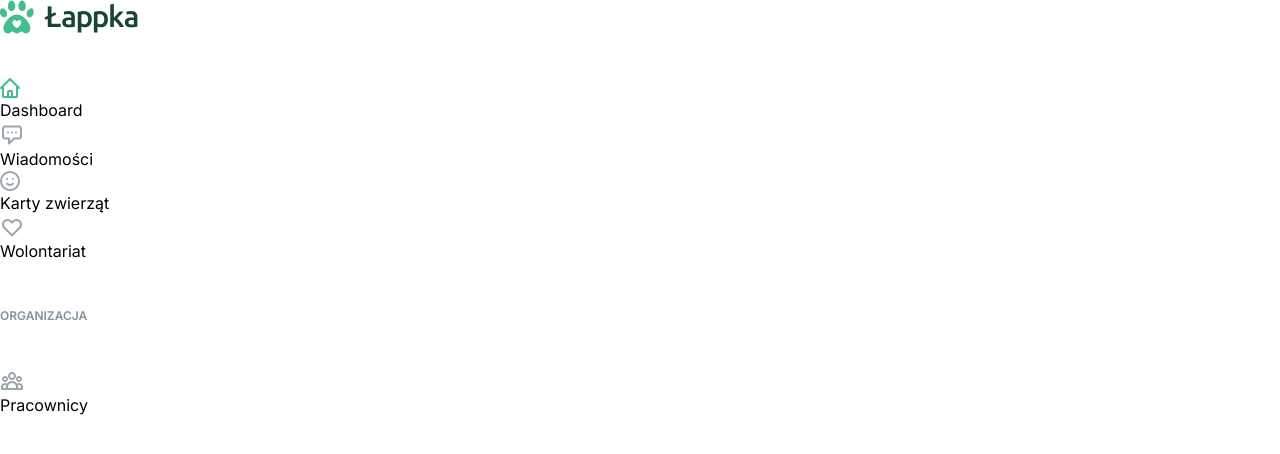
Repository: michalmilek/lappka
Page: /dashboard
These files come from the project's save history. The page is drawn as it stood at one moment and after the next save; the edit follows.
The browser window is 1280 px wide. The pictures show the whole page.
The project was rebuilt for these pictures with package versions that can differ from the ones it lists, and the page was loaded fresh each time. Also part of the build but not shown: src/components/customComponents/FormInput.tsx, src/components/customComponents/Button.tsx, src/components/LoginForm.tsx, src/components/Form/Form.tsx, src/pages/Login.tsx.

Above is the page before, as saved 2023-03-28 11:48:03.

### src/index.tsx
import React from 'react';
import ReactDOM from 'react-dom/client';
import './index.css';
import reportWebVitals from "./reportWebVitals";
import { RouterProvider, createBrowserRouter } from "react-router-dom";
import { ROUTES } from "./router/routes";
import Dashboard from "./pages/Dashboard";
import Login from "./pages/Login";

const router = createBrowserRouter([
  {
    path: ROUTES.HOME,
    element: <Login />,
  },
  {
    path: ROUTES.DASHBOARD,
    element: <Dashboard />,
  },
  /*   {
    path: ROUTES.ANIMALSCARDS,
    element: <LoginSite />,
  }, */
]);

const root = ReactDOM.createRoot(
  document.getElementById("root") as HTMLElement
);
root.render(
  <React.StrictMode>
    <RouterProvider router={router} />
  </React.StrictMode>
);

// If you want to start measuring performance in your app, pass a function
// to log results (for example: reportWebVitals(console.log))
// or send to an analytics endpoint. Learn more: https://bit.ly/CRA-vitals
reportWebVitals();

### src/index.css
@import url(https://fonts.googleapis.com/css?family=Inter:100,200,300,regular,500,600,700,800,900);

@tailwind base;
@tailwind components;
@tailwind utilities;


@layer base {
    *{
        @apply font-Inter
    }
}


@layer components {
    .hoverEffect{
        @apply hover:scale-105 transition-all duration-200 active:scale-95
    }

    .loginButton{
        @apply w-full bg-Primary/PR600 text-lightGray5 font-medium rounded-lg py-2 px-2
    }
    .registerButton{
        @apply w-full bg-white border border-Primary/PR100 text-darkGray2 font-medium rounded-lg py-2 px-2 shadow-registerBtn
    }

    .listLink {
        @apply flex gap-3 items-center tracking-veryVeryTight text-darkGray2 text-sm font-medium
    }
}

### src/router/routes.ts
export const ROUTES = {
  HOME: "/",
  DASHBOARD: "/dashboard",
  ANIMALSCARDS: "/animals-cards",
};

### src/pages/Dashboard.tsx
import React from "react";
import Sidebar from "../components/Sidebar/Sidebar";

const Dashboard = () => {
  return (
    <main className="flex">
      <Sidebar />
      <div></div>
    </main>
  );
};

export default Dashboard;

### src/components/Sidebar/Sidebar.tsx
import React from "react";
import Logo from "./Logo.png";
import { ReactComponent as HomeIcon } from "./icons/Vector.svg";
import { ReactComponent as MessageIcon } from "./icons/Messages.svg";
import { ReactComponent as AnimalsCards } from "./icons/AnimalsCards.svg";
import { ReactComponent as HeartIcon } from "./icons/Heart.svg";
import { ReactComponent as EmployeesIcon } from "./icons/Workers.svg";

const Sidebar = () => {
  return (
    <div className="flex flex-col items-start justify-start gap-11">
      <img
        src={Logo}
        alt="Logo"
      />

      <ul>
        <li>
          <HomeIcon /> Dashboard
        </li>
        <li>
          <MessageIcon /> Wiadomości
        </li>
        <li>
          <AnimalsCards /> Karty zwierząt
        </li>
        <li>
          <HeartIcon /> Wolontariat
        </li>
      </ul>

      <p className="uppercase text-[12px] text-midGray3 font-semibold">
        Organizacja
      </p>
      <ul>
        <li>
          <EmployeesIcon /> Pracownicy
        </li>
      </ul>
    </div>
  );
};

export default Sidebar;

### tailwind.config.js
/** @type {import('tailwindcss').Config} */
module.exports = {
  content: ["./src/**/*.{js,jsx,ts,tsx}"],
  theme: {
    extend: {
      colors: {
        "Primary/PR600": "#369871",
        "Primary/PR100": "#E1F5ED",
        "Primary/PR500": "#43BE8D",
        orange: "#F76659",
        bgGreen: "#F0FAF6",
        "Primary/PR800": "#205B43",
        midGray2: "#6E7C87",
        lightGray1: "#D5DADD",
        lightGray4: "#EEF0F2",
        lightGray5: "#F6F7F9",
        midGray5: "#B0BABF",
        midGray4: "#9AA6AC",
        midGray3: "#84919A",
        darkGray2: "#252C32",
      },
      fontFamily: {
        Inter: ["Inter", "sans-serif"],
      },
      letterSpacing: {
        veryTight: "-.006em",
        veryVeryTight: "-0.003em",
        wide18em: "0.018em",
      },
      boxShadow: {
        registerBtn: "0px 1px 2px rgba(16, 24, 40, 0.05)",
      },
    },
  },
  plugins: [require("@tailwindcss/forms")],
};

Loaded but not shown: public/index.html (common file); src/reportWebVitals.ts (common file)

After the next save:
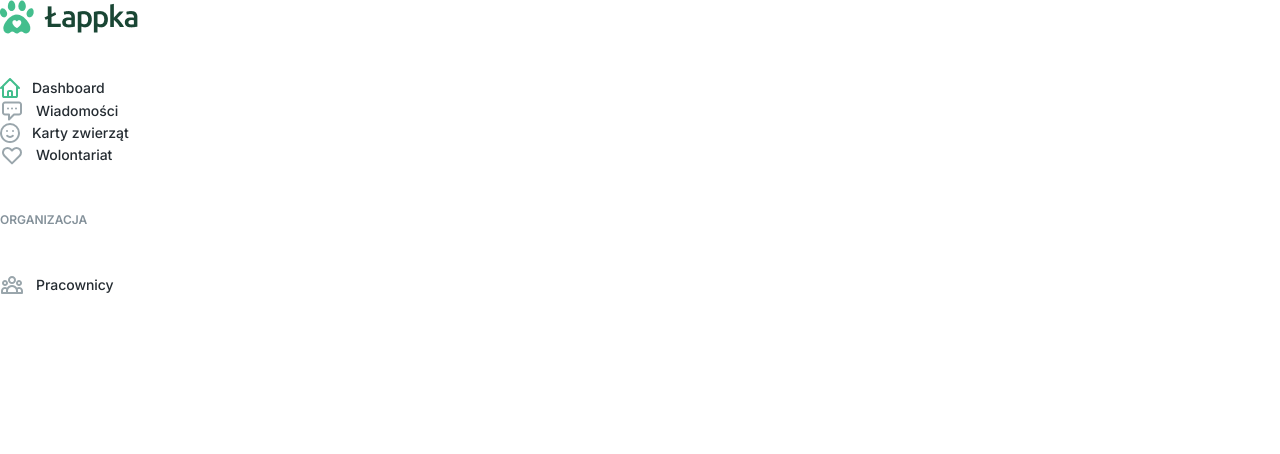
Saved 34 s later.
--- a/src/components/Sidebar/Sidebar.tsx
+++ b/src/components/Sidebar/Sidebar.tsx
@@ -15,16 +15,16 @@ const Sidebar = () => {
       />
 
       <ul>
-        <li>
+        <li className="listLink">
           <HomeIcon /> Dashboard
         </li>
-        <li>
+        <li className="listLink">
           <MessageIcon /> Wiadomości
         </li>
-        <li>
+        <li className="listLink">
           <AnimalsCards /> Karty zwierząt
         </li>
-        <li>
+        <li className="listLink">
           <HeartIcon /> Wolontariat
         </li>
       </ul>
@@ -33,7 +33,7 @@ const Sidebar = () => {
         Organizacja
       </p>
       <ul>
-        <li>
+        <li className="listLink">
           <EmployeesIcon /> Pracownicy
         </li>
       </ul>
